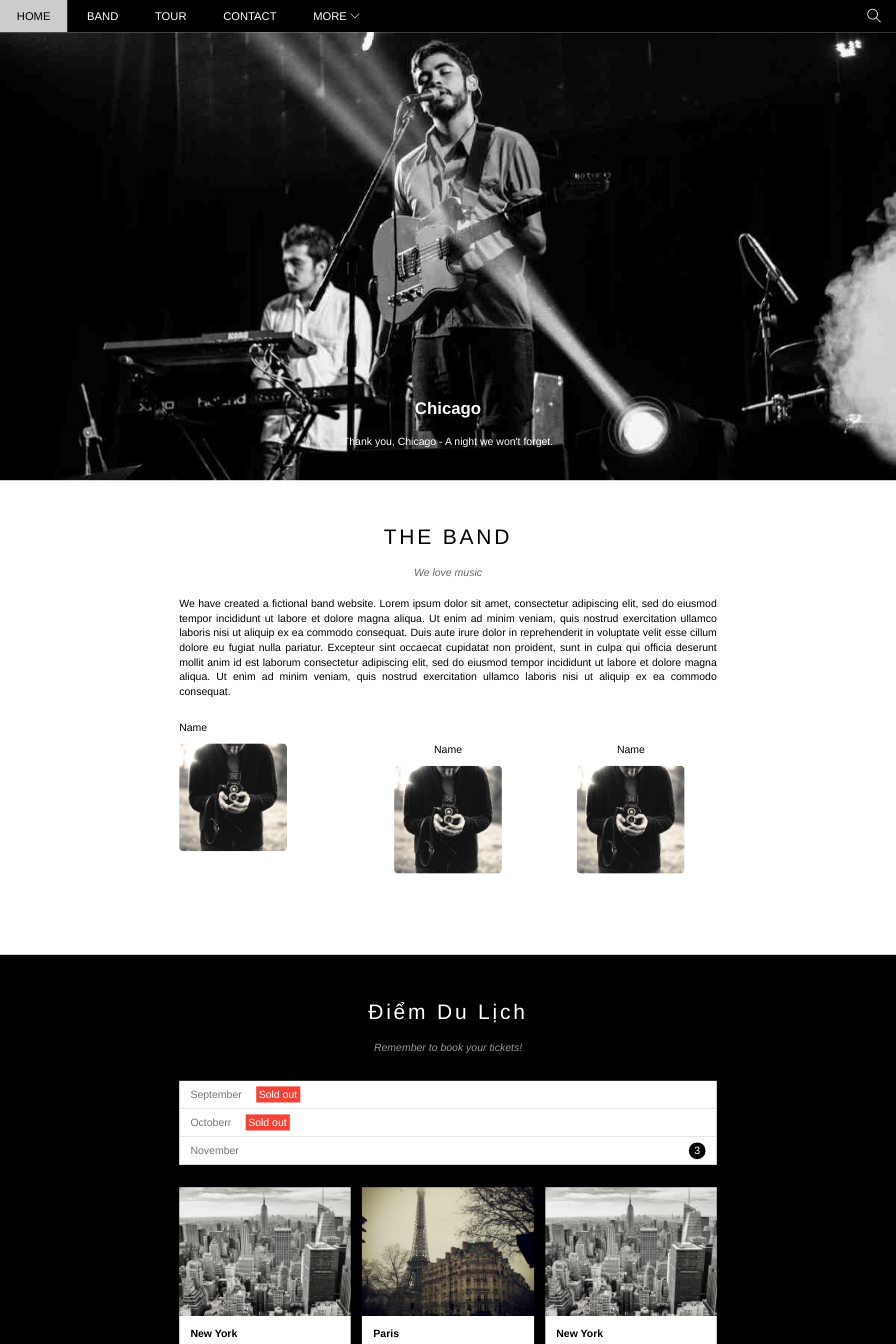
Repository: vophuocthanh/phuocthanhk03
Page: index.html
An editor plug-in stored every save of this project. The page is shown before and after the next save, followed by the edit.
The browser window is 1280 px wide. The pictures show the part of the page from y = 0 to 1920 px (the page is 3530 px tall), at 70% of full size.

Above is the page before, as saved 2022-04-25 23:25:32.

### index.html
<!DOCTYPE html>
<html lang="en">

<head>
    <meta charset="UTF-8" />
    <meta http-equiv="X-UA-Compatible" content="IE=edge" />
    <meta name="viewport" content="width=device-width, initial-scale=1.0" />
    <title>THE BAND</title>
    <link rel="icon" href="https://yt3.ggpht.com/QLk0PHIv9cFYiq03xr6gL67shtQ0vRDaTAz5WSpwSU3IEB005aZLbOnJ4rnF732VY7fgFszKig=s900-c-k-c0x00ffffff-no-rj" type="image/x-icon" />
    <link rel="stylesheet" href="./asset/css/style.css" />
    <link rel="stylesheet" href="./asset/css/responsive.css" />
    <link rel="stylesheet" href="/asset/icon/themify-icons/themify-icons.css">
</head>

<body>
    <div id="main">
        <div id="header">
            <!-- Begin : nav -->
            <ul id="nav">
                <li><a href="#">Home<a></li>
                <li><a href="#band">Band</a></li>
                <li><a href="#tour">Tour</a></li>
                <li><a href="#contact">Contact</a></li>
                <li>
                    <a href="#">
                        More
                        <i class="nav-arrow-down ti-angle-down"></i>
                    </a>
                    <ul class="subnav">
                        <li><a href="#">Merchandise</a></li>
                        <li><a href="#">Extras</a></li>
                        <li><a href="#">Media</a></li>
                    </ul>
                </li>
            </ul>
            <!-- End: nav -->

            <!-- Mobile menu botton -->
            <div id="mobile-menu" class="mobile-menu-btn">
                <i class="menu-icon ti-menu"></i>
            </div>

            <!--  Search button -->
            <div class="search-btn">
                <i class="search-icon ti-search"></i>
            </div>

        </div>

        <div id="slider">
            <div class="text-content">
                <h2 class="text-heading">Chicago</h2>
                <div class="text-description">Thank you, Chicago - A night we won't forget.</div>
            </div>
        </div>

        <div id="content">
            <!-- About section -->
            <div id="band" class="content-section">
                <h2 class="section-heading">THE BAND</h2>
                <p class="section-sub-heading">We love music</p>
                <p class="about-text">We have created a fictional band website. Lorem ipsum dolor sit amet, consectetur adipiscing elit, sed do eiusmod tempor incididunt ut labore et dolore magna aliqua. Ut enim ad minim veniam, quis nostrud exercitation ullamco laboris nisi
                    ut aliquip ex ea commodo consequat. Duis aute irure dolor in reprehenderit in voluptate velit esse cillum dolore eu fugiat nulla pariatur. Excepteur sint occaecat cupidatat non proident, sunt in culpa qui officia deserunt mollit anim
                    id est laborum consectetur adipiscing elit, sed do eiusmod tempor incididunt ut labore et dolore magna aliqua. Ut enim ad minim veniam, quis nostrud exercitation ullamco laboris nisi ut aliquip ex ea commodo consequat.</p>

                <div class="row members-list">
                    <div class=" col col-third s-col-full mt-32text-center">
                        <p class="member-name">Name</p>
                        <img src="./asset/img/band/member1.jpg" alt="Name" class="member-img">
                    </div>

                    <div class=" col col-third s-col-full mt-32 text-center">
                        <p class="member-name">Name</p>
                        <img src="./asset/img/band/member1.jpg" alt="Name" class="member-img">
                    </div>

                    <div class=" col col-third s-col-full mt-32 text-center">
                        <p class="member-name">Name</p>
                        <img src="./asset/img/band/member1.jpg" alt="Name" class="member-img">
                    </div>
                    <div class="clear"></div>
                </div>
            </div>




            <!-- Tour section -->
            <div id="tour" class="tour-section">
                <div class="content-section">
                    <h2 class="section-heading
                    text-white">Điểm Du Lịch</h2>
                    <p class="section-sub-heading text-white">Remember to book your tickets!</p>

                    <!-- ticket -->

                    <ul class="ticket-list">
                        <li>September <span class="sold-out">Sold out</span></li>
                        <li>Octoberr <span class="sold-out">Sold out</span></li>
                        <li>November <span class="quantily">3</span></li>
                    </ul>

                    <!-- Places -->
                    <div class="row place-list">
                        <div class="col col-third s-col-full mt-16">
                            <img src="./asset/img/places/place1.jpg" alt="New York" class="place-img">
                            <div class="place-body">
                                <h3 class="place-heading">New York</h3>
                                <p class="place-time">
                                    February 25, 2022</p>
                                <p class="place-desc">Praesent tincidunt sed tellus ut rutrum sed vitae justo.</p>
                                <button class="btn s-full-width js-buy-ticket">Buy Tickets</button>
                            </div>
                        </div>
                        <div class="col col-third s-col-full mt-16">
                            <img src="./asset/img/places/place2.jpg" alt="New York" class="place-img">
                            <div class="place-body">
                                <h3 class="place-heading">Paris</h3>
                                <p class="place-time">January 14, 2022</p>
                                <p class="place-desc">Praesent tincidunt sed tellus ut rutrum sed vitae justo.</p>
                                <button class="btn s-full-width js-buy-ticket">Buy Tickets</button>
                            </div>
                        </div>
                        <div class="col col-third s-col-full mt-16">
                            <img src="./asset/img/places/place1.jpg" alt="New York" class="place-img">
                            <div class="place-body">
                                <h3 class="place-heading">New York</h3>
                                <p class="place-time">September 23, 2021</p>
                                <p class="place-desc">Praesent tincidunt sed tellus ut rutrum sed vitae justo.</p>
                                <button class="btn s-full-width js-buy-ticket">Buy Tickets</button>
                            </div>
                        </div>

                    </div>
                </div>

            </div>
            <!--Begin: Contact section -->
            <div id="contact" class="content-section">
                <h2 class="section-heading">CONTACT</h2>
                <p class="section-sub-heading">Personal Information</p>
                <div class="row contact-content">
                    <div class="col col-half
                    contact-info">
                        <p><i class="ti-location-pin"></i>Address: Thanh Khê, Đà Nẵng</p>
                        <p><i class="ti-mobile"></i>Phone: 0123456789</p>
                        <p><i class="ti-email"></i>Email: phuocthanh2k03@gmail.com</p>
                    </div>
                    <div class="col col-half contact-form">
                        <form action="">
                            <div class="row">
                                <div class="col col-half">
                                    <input type="text" name="" placeholder="Name" required id="" class="form-control">
                                </div>
                                <div class="col col-half">
                                    <input type="email" name="" placeholder="Email" required id="" class="form-control">
                                </div>
                            </div>
                            <div class="row mt-8">
                                <div class="col col-full">
                                    <input type="text" name="" placeholder="Message" required id="" class="form-control">
                                </div>
                            </div>

                            <input class="btn pull-right mt-16" type="submit" value="SEND">

                        </form>
                    </div>
                </div>
            </div>
            <!--End: Contact section -->

            <div class="map-section">
                <img src="./asset/img/map.jpg" alt="Map">
            </div>
            <!-- Footer -->
            <div id="footer">
                <div class="socials-list">
                    <a href="https://www.facebook.com/thanh.vophuoc.50"><i class="ti-facebook"></i></a>
                    <a href="https://www.instagram.com/phuocthanh2k03/"><i class="ti-instagram"></i></a>
                    <a href="https://www.youtube.com/channel/UCv4FMOEpSPblAIC55uEvW2w"><i class="ti-youtube"></i></a>
                    <a href="https://www.facebook.com/cot071024"><i class="ti-pinterest"></i></a>
                    <a href=""><i class="ti-twitter-alt"></i></a>
                    <a href="https://www.linkedin.com/in/th%E1%BA%A1nh-v%C3%B5-ph%C6%B0%E1%BB%9Bc-747813233/"><i class="ti-linkedin"></i></a>
                </div>
                <p class="copyright">Powered by
                    <a href="">w3.css</a>
                </p>
            </div>
        </div>
        <div class="modal js-modal">
            <div class="modal-container js-modal-container">
                <div class="modal-close js-modal-close">
                    <i class="ti-close"></i>
                </div>
                <header class="modal-header">
                    <i class="modal-heading-icon ti-bag"></i> Tickets
                </header>
                <div class="modal-body">
                    <label for="ticket-quantity" class="modal-label">
                        <i class="ti-shopping-cart"></i>
                        Tickets, $15 per person
                    </label>
                    <input id="ticket-quantity" type="text" class="modal-input" placeholder="How many?">

                    <label for="ticket-email" class="modal-label">
                        <i class="ti-user"></i>
                        Send to
                    </label>
                    <input id="ticket-email" type="email" class="modal-input" placeholder="Enter email...">


                    <button id="buy-tickets">
                        Pay <i class="ti-check"></i>
                    </button>
                </div>


                <footer class="modal-footer">
                    <p class="modal-help">Need <a href="">help?</a></p>
                </footer>
            </div>
        </div>


        <script>
            var header = document.getElementById('header');
            var mobileMenu = document.getElementById('mobile-menu');
            var headerHeight = header.clientHeight;
            //    Dong/mo menu mobile
            mobileMenu.onclick = function() {
                var isClosed = header.clientHeight == headerHeight;
                if (isClosed) {
                    header.style.height = 'auto';
                } else {
                    header.style.height = null;
                }
            }

            // Tự đọng khi chọn menu
            var menuItems = document.querySelectorAll('#nav li a[href*="#"]');
            for (var i = 0; i < menuItems.length; i++) {
                var menuItem = menuItems[i];

                menuItem.onclick = function(event) {
                    var isParentMenu = this.nextElementSibling && this.nextElementSibling.classList.contains('subnav');
                    if (isParentMenu) {

                        event.preventDefault();
                    } else {
                        header.style.height = null;
                    }
                }
            }
        </script>


        <!-- <script>
            const buyBtns = document.querySelectorAll('.js-buy-ticket')

            const modal = document.querySelector('.js-modal')
            const modalContainer = document.querySelector('.js-modal-container')
            const modalclose = document.querySelector('.js-modal-close')
                // hàm hiển thị modal mua vé (thêm class vào open vào modal)
            function showBuytickets() {
                modal.classList.add('open')
            }
            // hàm ẩn modal mua vé (gỡ bỏ class vào open của modal)
            function hideBuytickets() {
                modal.classList.remove('open')
            }
            //lặp qua từng thẻ button và nghe hành vi click
            for (const buyBtn of buyBtns) {
                buyBtn.addEventListener('click', showBuytickets)
            }
            // nghe hành vi click vào button close
            modalclose.addEventListener('click', hideBuytickets)

            modal.addEventListener('click', hideBuytickets)

            modalContainer.addEventListener('click', function(event) {
                event.stopPropagation()
            })
        </script> -->

</body>

</html>

### asset/css/style.css
/*Reset*/

* {
    padding: 0;
    margin: 0;
    box-sizing: border-box;
}

html {
    scroll-behavior: smooth;
    font-family: Helvetica, Arial, sans-serif;
}


/*
 1. Từ ngoài vào trong
 2. Trên xuống dưới
 3. Từ tổng quan đến chi tiết

*/


/*
1. Vị Trí
2. Màu Sắc
3. Kích Thước
4.Kiểu Dáng */

.clear {
    clear: both;
}

.text-white {
    color: #fff !important;
}

.text-center {
    text-align: center !important;
}

.pull-right {
    float: right !important;
}

.btn {
    background-color: #000;
    color: #fff;
    text-decoration: none;
    padding: 11px 16px;
    display: inline-block;
    margin-top: 15px;
    border: none;
}

.btn:hover {
    color: #000;
    background-color: #ccc;
    cursor: pointer;
}

.row {
    margin-left: -8px;
    margin-right: -8px;
}

.row::after {
    content: " ";
    display: block;
    clear: both;
}

.col {
    float: left;
    padding-left: 8px;
    padding-right: 8px;
}

.col-half {
    width: 50%;
}

.col-third {
    width: 33.3333%;
}

.mt-8 {
    margin-top: 8px !important;
}

.mt-16 {
    margin-top: 16px !important;
}

.mt-32 {
    margin-top: 32px !important;
}

#main {}

#header {
    position: fixed;
    top: 0;
    left: 0;
    right: 0;
    height: 46px;
    background-color: #000;
    z-index: 1;
}

#nav {
    display: inline-block;
}

.subnav {
    list-style-type: none;
}

#nav>li {
    display: inline-block;
}

#nav li {
    position: relative;
}

#nav>li>a {
    color: #fff;
    text-transform: uppercase;
}

#nav li a {
    color: #fff;
    text-decoration: none;
    line-height: 46px;
    padding: 0 24px;
    display: block;
}

#nav li:hover .subnav {
    display: block;
}

#nav>li:hover>a,
#nav .subnav li:hover {
    color: #000;
    background-color: #ccc;
}

#nav .subnav {
    display: none;
    position: absolute;
    top: 100%;
    left: 0;
    min-width: 160px;
    background-color: #fff;
    box-shadow: 0 0 10px rgba(0, 0, 0, 0.3);
}

#nav .subnav a {
    color: #000;
    padding: 0 12px;
}

#nav .nav-arrow-down {
    font-size: 14px;
}

#header .mobile-menu-btn {
    position: absolute;
    top: 0;
    right: 0;
    display: none;
}

#header.mobile-menu-btn,
#header .search-btn {
    float: right;
    padding: 0 21px;
}

#header .search-btn:hover {
    cursor: pointer;
    background-color: #f44336;
}

#header .mobile-menu-btn:hover {
    background-color: #ccc;
}

#header .mobile-menu-btn:hover .menu-icon {
    color: #000;
}

#header .menu-icon,
#header .search-icon {
    color: #fff;
    font-size: 20px;
    line-height: 46px;
}

#slider {
    position: relative;
    margin-top: 46px;
    padding-top: 50%;
    background: url("../img/slider/slider1.jpg") top center / cover no-repeat;
}

#slider .text-content {
    position: absolute;
    bottom: 47px;
    color: #fff;
    left: 50%;
    transform: translate(-50%);
    text-align: center;
}

#slider .text-headin {
    font-weight: 500;
    font-size: 24px;
}

#slider .text-description {
    font-size: 15px;
    margin-top: 25px;
}

#content {}

#content .content-section {
    width: 800px;
    max-width: 100%;
    padding: 64px 0 112px;
    margin-left: auto;
    margin-right: auto;
    padding-left: 16px;
    padding-right: 16px;
}

#content .section-heading {
    font-size: 30px;
    font-weight: 500;
    text-align: center;
    letter-spacing: 4px;
}

#content .section-sub-heading {
    font-size: 15px;
    text-align: center;
    margin-top: 25px;
    font-style: italic;
    opacity: 0.6;
}

#content .about-text {
    font-size: 15px;
    margin-top: 25px;
    text-align: justify;
    line-height: 1.4;
}

#content .members-list {
    margin-top: 32px;
}

#content .member-name {
    font-size: 15px;
}

#content .member-img {
    width: 154px;
    margin-top: 15px;
    border-radius: 4%;
}


/* Tour-section */

.tour-section {
    background-color: #000;
}

.ticket-list {
    background-color: #fff;
    list-style: none;
    margin-top: 40px;
}

.ticket-list li {
    color: #757575;
    font-size: 15px;
    padding: 11px 16px;
    border-bottom: 1px solid #ddd;
}

.ticket-list .sold-out {
    background-color: #f44336;
    color: #fff;
    padding: 3px 4px;
    margin-left: 16px;
}

.ticket-list .quantily {
    float: right;
    width: 24px;
    height: 24px;
    background-color: #000;
    color: #fff;
    border-radius: 50%;
    text-align: center;
    line-height: 24px;
    margin-top: -3px;
}


/* Places */

.place-list {
    margin-top: 16px;
}

.place-img {
    width: 100%;
    display: block;
}

.place-img:hover {
    opacity: 0.6;
}

.place-body {
    padding: 16px;
    font-size: 15px;
    background-color: #fff;
}

.place-heading {
    font-size: 15px;
    font-weight: 600;
}

.place-time {
    margin-top: 15px;
    color: #757575;
}

.place-desc {
    margin-top: 15px;
    line-height: 1.4;
}

.place-buy-btn {
    background-color: #000;
    color: #fff;
    text-decoration: none;
    padding: 11px 16px;
    display: inline-block;
    margin-top: 15px;
}

.place-buy-btn:hover {
    color: #000;
    background-color: #ccc;
}


/* Contact Form */

.contact-content {
    margin-top: 48px;
}

.contact-info {
    font-size: 18px;
    line-height: 1.5;
}

.contact-info i[class*="ti-"] {
    width: 30px;
    display: inline-block;
}

.contact-form {
    font-size: 15px;
}

.contact-form .form-control {
    padding: 10px;
    border: 1px solid #ccc;
    width: 100%;
}


/* Map section */

.map-section img {
    width: 100%;
}


/* Foote section */

#footer {
    padding: 64px 16px;
    text-align: center;
}

#footer .socials-list {
    font-size: 24px;
}

#footer .socials-list a {
    color: rgba(0, 0, 0, 0.6);
    text-decoration: none;
}

#footer .copyright a:hover,
#footer .socials-list a:hover {
    color: rgba(0, 0, 0, 0.4);
}

#footer .copyright {
    margin-top: 15px;
    color: rgba(0, 0, 0, 0.6);
}

#footer .copyright a {
    color: rgba(0, 0, 0, 0.6);
}


/* Modal */

.modal {
    position: fixed;
    top: 0;
    right: 0;
    bottom: 0;
    left: 0;
    background-color: rgba(0, 0, 0, 0.4);
    align-items: center;
    justify-content: center;
    display: none;
}

.modal-container {
    background-color: #fff;
    width: 900px;
    max-width: calc(100% - 32px);
    min-height: 200px;
    position: relative;
    animation: modalFaceIn ease 0.5s;
}

.modal-header {
    background-color: #009688;
    height: 129px;
    display: flex;
    align-items: center;
    justify-content: center;
    font-size: 30px;
    color: #fff;
}

.modal-heading-icon {
    margin-right: 16px;
}

.modal-close:hover {
    opacity: 1;
}

.modal-close {
    position: absolute;
    right: 0;
    top: 0;
    color: #fff;
    padding: 10px;
    cursor: pointer;
    opacity: 0.8;
}

.modal-body {
    padding: 16px;
}

.modal-label {
    display: block;
    font-size: 15px;
    margin-bottom: 12px;
}

.modal-input {
    border: 1px solid #ccc;
    width: 100%;
    padding: 10px;
    font-size: 15px;
    margin-bottom: 24px;
}

#buy-tickets {
    background: #009688;
    border: none;
    color: #fff;
    width: 100%;
    font-size: 15px;
    text-transform: uppercase;
    padding: 18px;
    cursor: pointer;
}

#buy-tickets:hover {
    opacity: 0.9;
}

.modal-footer {
    padding: 16px;
    text-align: right;
    color: #2196f3;
}

.modal-footer a {
    color: #2196f3;
}

@keyframes modalFaceIn {
    from {
        opacity: 0;
        transform: translateY(-140px);
    }
    to {
        opacity: 1;
        transform: translateY(0);
    }
}

### asset/css/responsive.css
/* PC */


/* Tren 1024px thi se chay duoc */

@media (min-width: 1024px) {}


/* Tablet */


/* Tren 740 va duoi 1023px thi tablet se chay duoc */

@media (min-width: 740px) and (max-width: 1023px) {}


/*
    Mobile
 */


/* Duoi 740px thi se chay duoc */

@media (max-width: 740px) {
    .s-col-full {
        width: 100%;
    }
    #header {
        overflow: hidden;
    }
    #header .mobile-menu-btn {
        display: block;
    }
    #header .search-btn {
        display: none;
    }
    #nav {
        display: block;
    }
    #nav li a {
        padding: 1px 24px;
    }
    #nav>li {
        display: block;
    }
    #nav>li:first-child {
        display: inline-block;
    }
    #nav .subnav {
        position: initial;
        background-color: #333;
    }
    #nav .subnav a {
        color: #fff;
        padding: 5px 41px;
    }
    #content .menber-img {
        width: 60%;
    }
}

Loaded but not shown: asset/icon/themify-icons/themify-icons.css (common file)

After the next save:
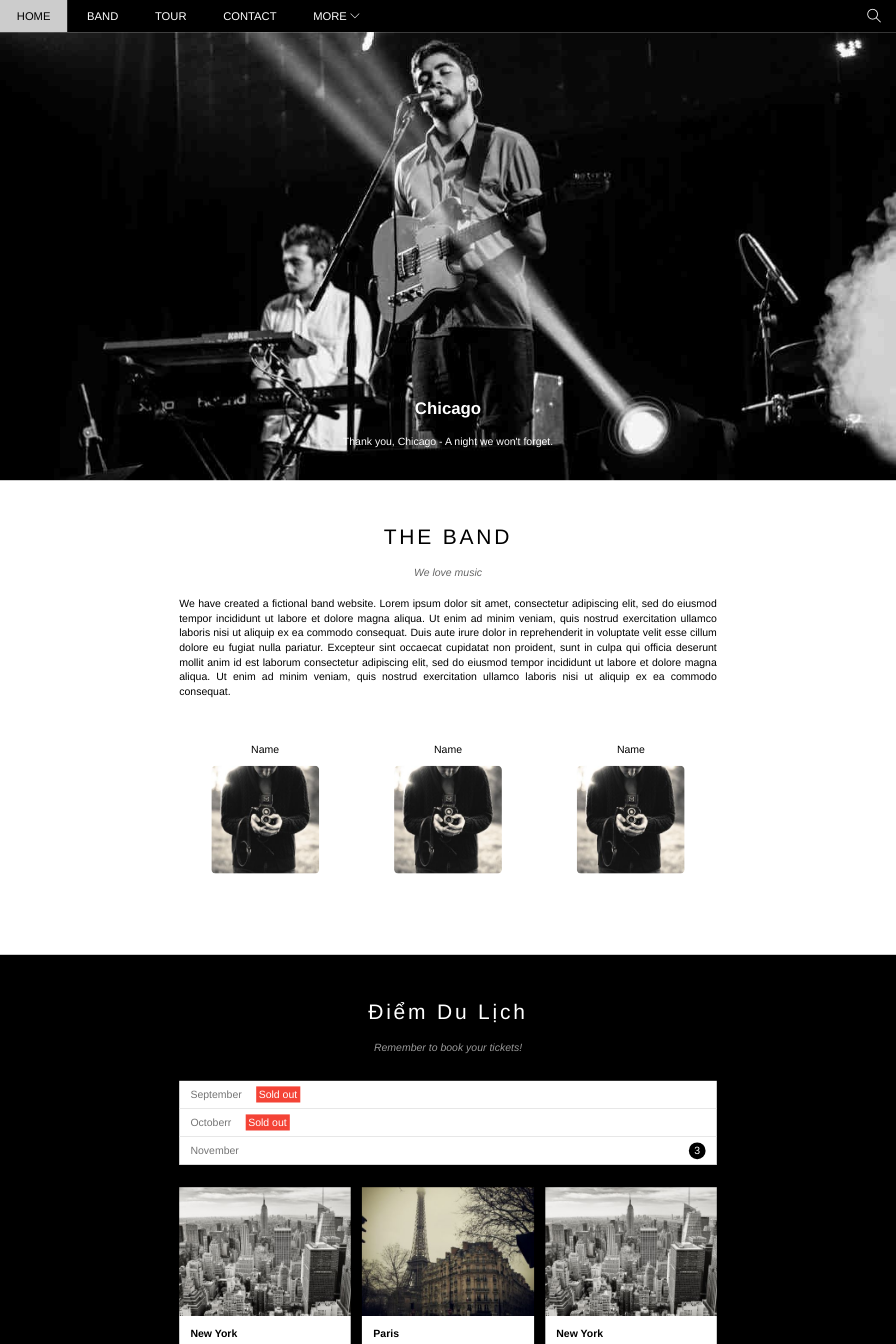
Saved 21 s later.
--- a/index.html
+++ b/index.html
@@ -64,7 +64,7 @@
                     id est laborum consectetur adipiscing elit, sed do eiusmod tempor incididunt ut labore et dolore magna aliqua. Ut enim ad minim veniam, quis nostrud exercitation ullamco laboris nisi ut aliquip ex ea commodo consequat.</p>
 
                 <div class="row members-list">
-                    <div class=" col col-third s-col-full mt-32text-center">
+                    <div class=" col col-third s-col-full mt-32 text-center">
                         <p class="member-name">Name</p>
                         <img src="./asset/img/band/member1.jpg" alt="Name" class="member-img">
                     </div>
